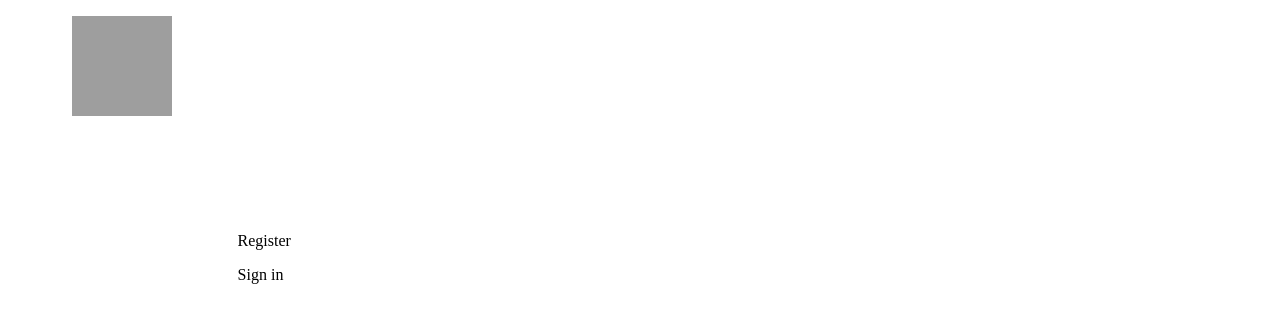
Repository: cb007/cbRepository
Page: http://localhost/SpringMvc/
The author's editor kept a copy of each file at every save. The page is drawn from the files as they stood at one save, then again after the next save.
The browser window is 1280 px wide. The pictures show the whole page.
Pictures or frames that could not be fetched are drawn as grey boxes. The page is served by Tomcat 9.

Above is the page before, as saved 2017-02-23 12:00:13.

After the next save:
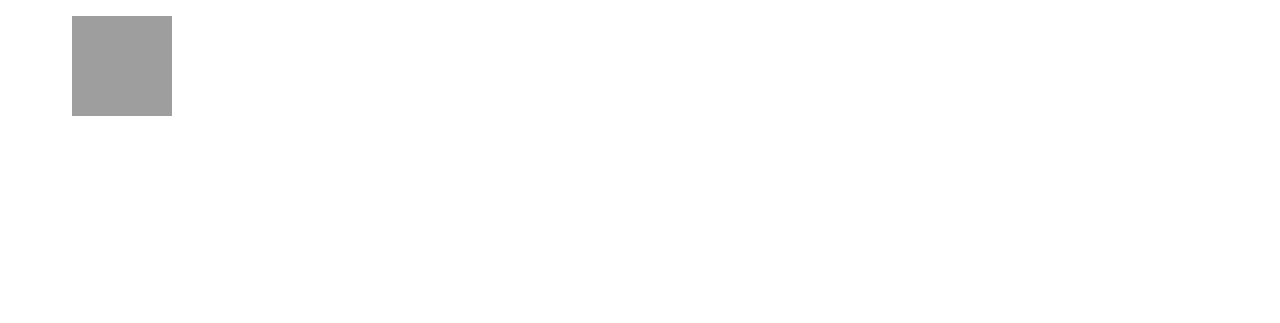
Saved 59 s later.
--- a/spring-hibernate/SpringMvc/WebContent/index.jsp
+++ b/spring-hibernate/SpringMvc/WebContent/index.jsp
@@ -15,8 +15,8 @@
 <p>${message}</p>
 </div>
 <section class="menu">
-<ul>Register</ul>
-<ul>Sign in</ul>
+<ul>
+</ul>
 </section>
 </body>
 </html>
